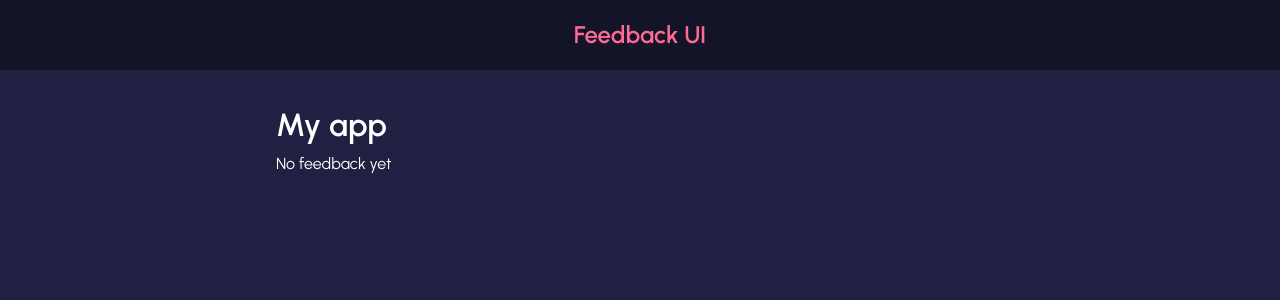
Repository: Vasil1001/feedback-project-react
Page: /
The author's editor kept a copy of each file at every save. The page is drawn from the files as they stood at one save, then again after a run of saves.
The browser window is 1280 px wide. The pictures show the whole page.
The project was rebuilt for these pictures with package versions that can differ from the ones it lists, and the page was loaded fresh each time. Also part of the build but not shown: vite.config.js, src/components/FeedbackItem.jsx.

Above is the page before, as saved 2022-12-28 22:25:12.

### src/App.jsx
import { useState } from 'react'
import './App.css'
import FeedbackList from './components/FeedbackList'
import Header from './components/Header'
import FeedbackData from './data/FeedbackData'

function App() {
  const [feedback, setFeedback] = useState(FeedbackData)

  return (
    <div>
      <Header />
      <div className="container">
        <h1>My app</h1>
        <FeedbackList feedback={feedback}/>
      </div>
    </div>
  )
}

export default App

### src/App.css
@import url('https://fonts.googleapis.com/css2?family=Poppins:wght@400;600;700&display=swap');
@import url('https://fonts.googleapis.com/css2?family=DM+Sans:wght@400;700&family=Roboto+Condensed:wght@300;400;700&family=Urbanist:wght@100;300;400;600&display=swap');
* {
  box-sizing: border-box;
  margin: 0;
  padding: 0;
}

body {
  font-family: 'Urbanist', sans-serif;
  background-color: #202142;
  color: #fff;
  line-height: 1.6;
}

ul {
  list-style: none;
}

.container {
  max-width: 768px;
  margin: auto;
  padding: 0 20px;
}

header {
  height: 70px;
  width: 100%;
  display: flex;
  justify-content: space-between;
  align-items: center;
  margin-bottom: 30px;
}

.card {
  background-color: #fff;
  color: #333;
  border-radius: 15px;
  padding: 40px 50px;
  margin: 20px 0;
  position: relative;
}

.card.reverse {
  background-color: rgba(0, 0, 0, 0.4);
  color: #fff;
}

.card h2 {
  font-size: 22px;
  font-weight: 600;
  text-align: center;
}

.rating {
  display: flex;
  align-items: center;
  justify-content: space-around;
  margin: 30px 0 40px;
}

.rating li,
.num-display {
  position: relative;
  background: #f4f4f4;
  width: 50px;
  height: 50px;
  padding: 10px;
  text-align: center;
  border-radius: 50%;
  font-size: 19px;
  border: 1px #eee solid;
  transition: 0.3s;
}

.rating li label {
  position: absolute;
  top: 50%;
  left: 50%;
  width: 50px;
  height: 50px;
  padding: 10px;
  border-radius: 50%;
  transform: translate(-50%, -50%);
  cursor: pointer;
}

.rating li:hover,
.num-display {
  background: #ff6a95;
  color: #fff;
}

[type='radio'] {
  opacity: 0;
}

[type='radio']:checked ~ label {
  background: #ff6a95;
  color: #fff;
}

.input-group {
  display: flex;
  flex-direction: row;
  border: 1px solid #ccc;
  padding: 8px 10px;
  border-radius: 8px;
}

input {
  flex-grow: 2;
  border: none;
  font-size: 16px;
}

input:focus {
  outline: none;
}

.feedback-stats {
  color: #fff;
  display: flex;
  justify-content: space-between;
  align-items: center;
}

.num-display {
  position: absolute;
  top: -10px;
  left: -10px;
}

.close,
.edit {
  position: absolute;
  top: 10px;
  right: 20px;
  cursor: pointer;
  background: none;
  border: none;
}

.edit {
  right: 40px;
}

.btn {
  color: #fff;
  border: 0;
  border-radius: 8px;
  color: #fff;
  width: 100px;
  height: 40px;
  cursor: pointer;
}

.btn-primary {
  background-color: #202142;
}

.btn-secondary {
  background: #ff6a95;
}

.btn:hover {
  transform: scale(0.98);
  opacity: 0.9;
}

.btn:disabled {
  background-color: #cccccc;
  color: #333;
  cursor: auto;
}

.btn:disabled:hover {
  transform: scale(1);
  opacity: 1;
}

.message {
  padding-top: 10px;
  text-align: center;
  color: rebeccapurple;
}

/* FIX: Remove position: absolute to keep about icon at the bottom of the
 * document */
.about-link {
  display: flex;
  justify-content: flex-end;
}

/* FIX: Remove position: absolute to keep about icon at the bottom of the
 * document */
.about-link a {
  color: #fff;
  cursor: pointer;
}

.about-link a:hover {
  color: #ff6a95;
}

.about h1 {
  margin-bottom: 20px;
}

.about p {
  margin: 10px 0;
}

@media (max-width: 600px) {
  .rating li {
    margin: 10px 3px;
  }

  .rating {
    display: flex;
    align-items: center;
    justify-content: center;
    flex-wrap: wrap;
    margin: 30px 0 40px;
  }

  .input-group input {
    width: 80%;
  }
}

### src/components/FeedbackList.jsx
import React from 'react'
import FeedbackItem from './FeedbackItem'

export default function FeedbackList({ feedback }) {
    return (
        <div className="feedback-list">
            {feedback > 0 ? feedback.map((item) => (
                    <div>
                        {item.rating}
                    </div>
                ))
                : <p>No feedback yet</p>}



        </div>
    )
}

### src/components/Header.jsx
import React from 'react'

function Header({ text }) {
    return (
        <header style={{backgroundColor: 'rgba(0,0,0,0.4', color: '#ff6a95'}}>
            <div className="container">
                <h2>{text}</h2>
            </div>
        </header>
    )
}
Header.defaultProps = {
    text: 'Feedback UI',
}
export default Header

Loaded but not shown: index.html (common file); src/main.jsx (common file); src/data/FeedbackData.jsx (common file)

After the next 2 saves:
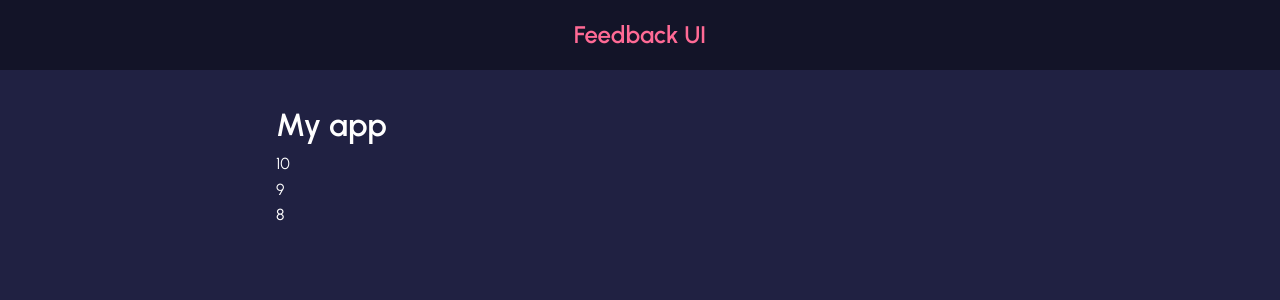
The 2 saves are shown as one change because they came seconds apart.
The last was saved 19 s later.
--- a/src/components/FeedbackList.jsx
+++ b/src/components/FeedbackList.jsx
@@ -4,12 +4,12 @@ import FeedbackItem from './FeedbackItem'
 export default function FeedbackList({ feedback }) {
     return (
         <div className="feedback-list">
-            {feedback > 0 ? feedback.map((item) => (
+            {feedback.map((item) => (
                     <div>
                         {item.rating}
                     </div>
                 ))
-                : <p>No feedback yet</p>}
+                }
 
 
 
